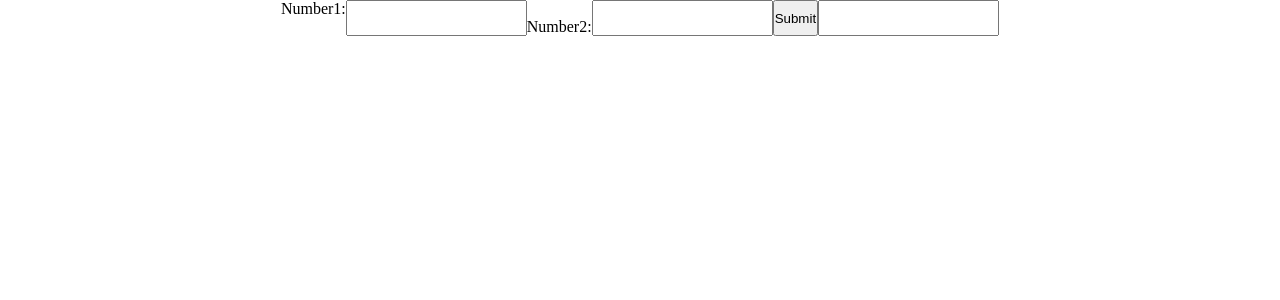
Repository: Nanda-Hari-Reddy/YouTube-Clone
Page: http://localhost/Demo/
The author's editor kept a copy of each file at every save. The page is drawn from the files as they stood at one save, then again after the next save.
The browser window is 1280 px wide. The pictures show the whole page.
The page is served by Tomcat 9.

Above is the page before, as saved 2023-11-01 05:24:57.

After the next save:
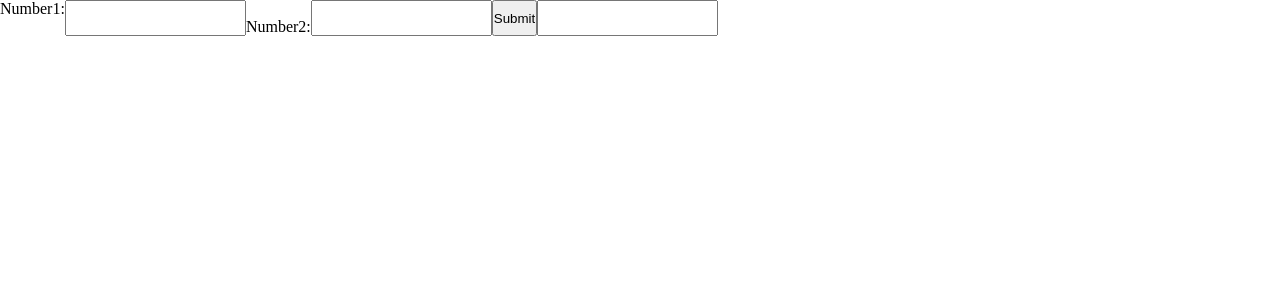
Saved 42 s later.
--- a/MDB-Free_4.20.0/SERVELETS/Demo/src/main/webapp/index.jsp
+++ b/MDB-Free_4.20.0/SERVELETS/Demo/src/main/webapp/index.jsp
@@ -11,6 +11,7 @@
 			{
 				margin-bottom: 10px;
 				display: flex;
+				flex-direction:column
 				place-content:center;
 			}
 	</style>
